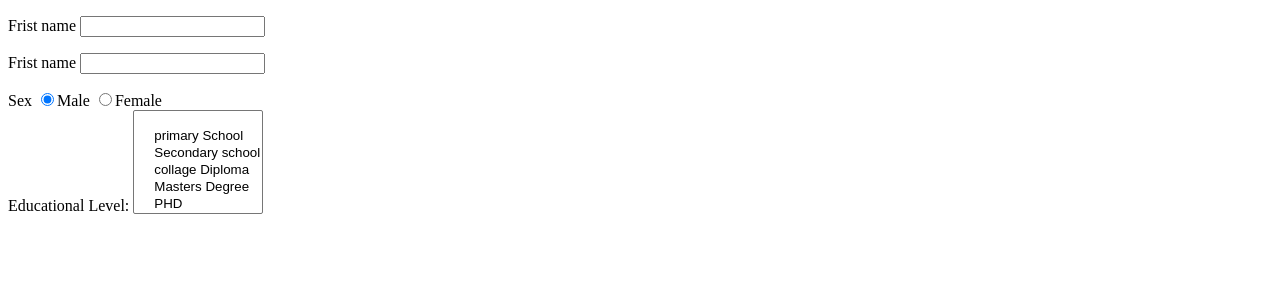
Repository: wakoya-tech/Node.js
Page: Desktop/Node-js/okey.html
These files come from the project's save history. The page is drawn as it stood at one moment and after the next save; the edit follows.
The browser window is 1280 px wide. The pictures show the whole page.

Above is the page before, as saved 2025-11-13 16:10:04.

### Desktop/Node-js/okey.html
<!DOCTYPE html>
<html lang="en">
<head>
    <meta charset="UTF-8">
    <meta name="viewport" content="width=device-width, initial-scale=1.0">
    <title>Form Elements</title>
</head>
<body>
    <P>Frist name <input type="text"></P>
    <P>Frist name <input type="text"></P>
    <form >Sex
    <input type="radio"name="gender" value="male"checked="checked">Male
    <input type="radio"name="gender" value="female"">Female
    </form>
    Educational Level:
    <select name="education" size="6">

        <optgroup>
            <option>primary School</option>
            <option>Secondary school</option>
            <option>collage Diploma</option>
            <option>Masters Degree</option>
            <option>PHD</option>
        </optgroup>
    </select>

</body>
</html>

After the next save:
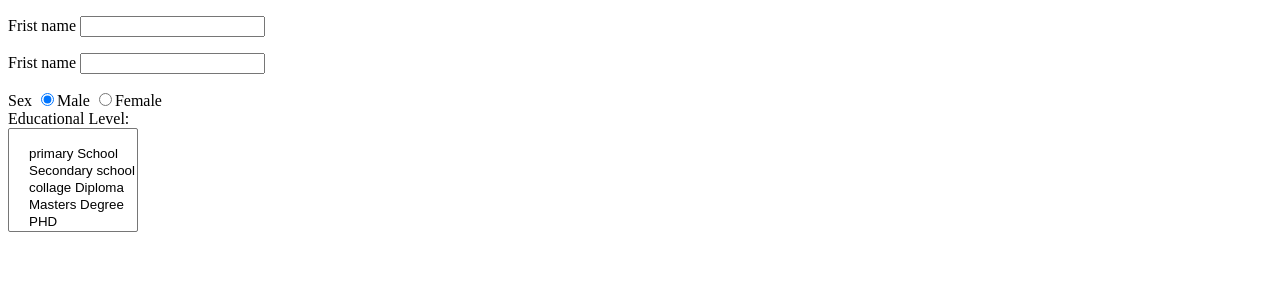
Saved 25 s later.
--- a/Desktop/Node-js/okey.html
+++ b/Desktop/Node-js/okey.html
@@ -12,7 +12,7 @@
     <input type="radio"name="gender" value="male"checked="checked">Male
     <input type="radio"name="gender" value="female"">Female
     </form>
-    Educational Level:
+    Educational Level: <br>
     <select name="education" size="6">
 
         <optgroup>
